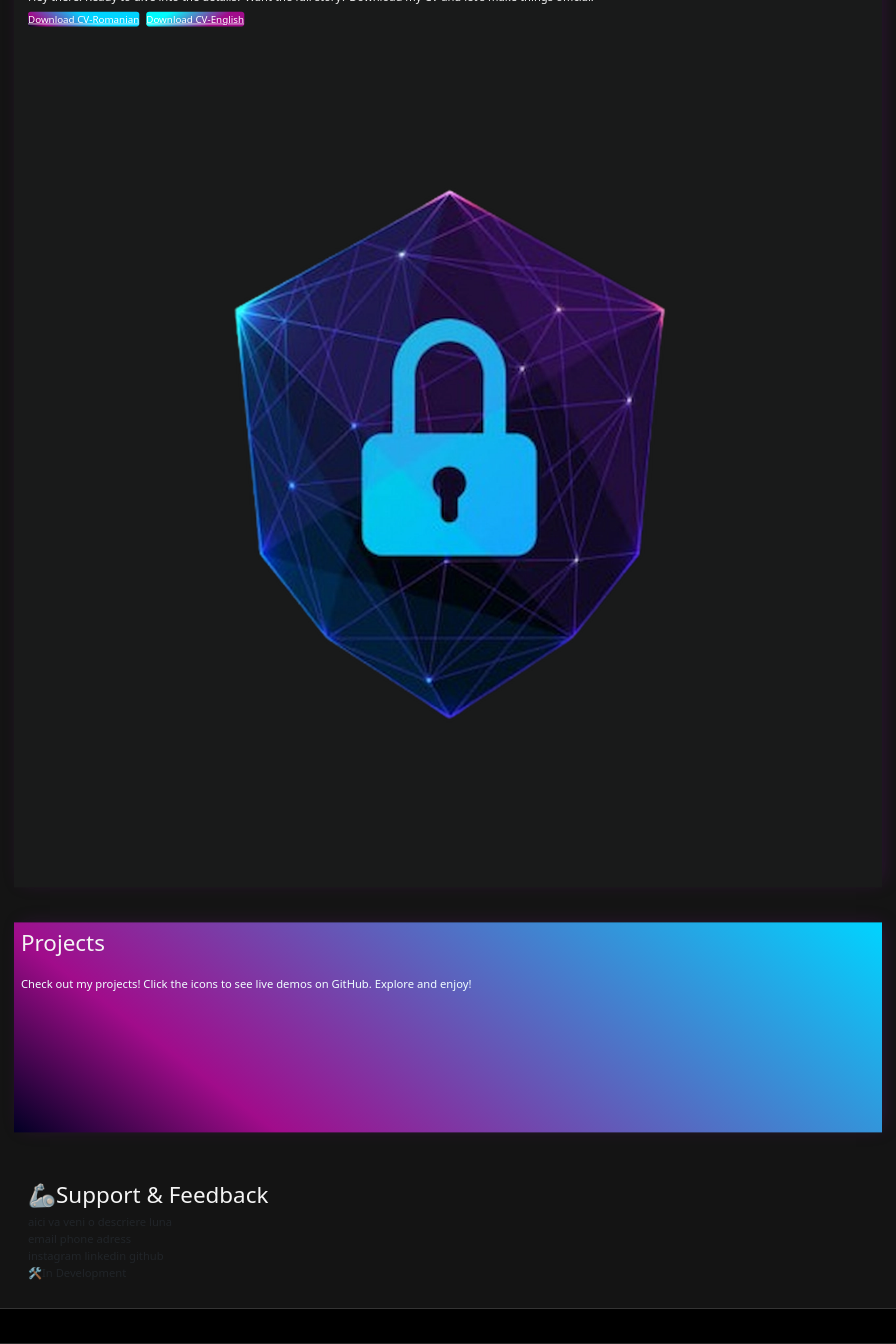
Repository: Sebastiand22/portfolio
Page: index.html
An editor plug-in stored every save of this project. The page is shown before and after the next save, followed by the edit.
The browser window is 1280 px wide. The pictures show the part of the page from y = 1904 to 3824 px (the page is 3824 px tall), at 70% of full size.

Above is the page before, as saved 2024-09-15 17:33:44.

After the next save:
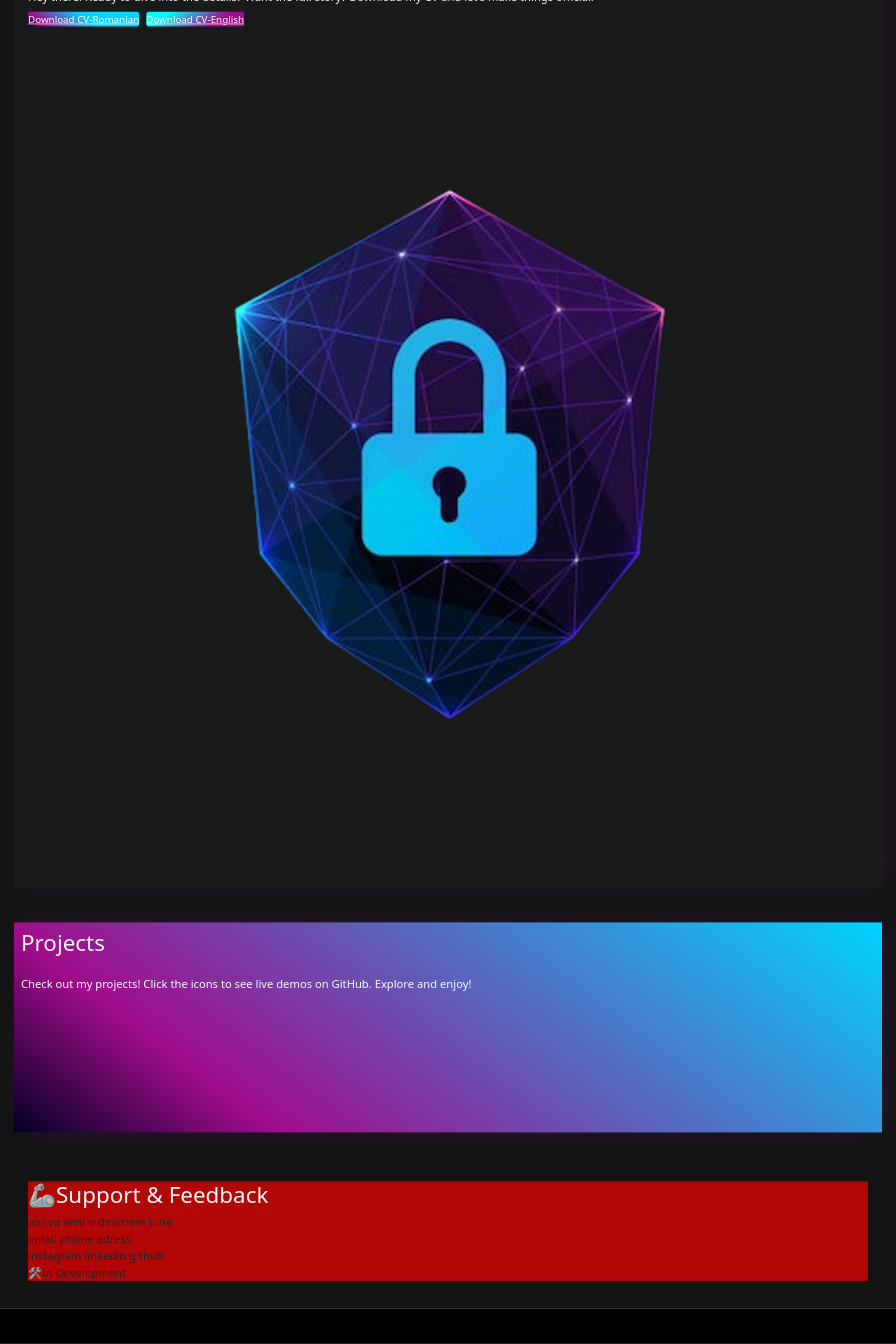
Saved 14 s later.
--- a/index.css
+++ b/index.css
@@ -356,7 +356,7 @@ h2 {
   flex-direction: column;
   gap: 20px;
   overflow: hidden;
-  background-color:rgb(20, 20, 20)
+  background-color:rgb(178, 7, 7)
 }
 .black-footer{background-color: black;
 width: 100%;
